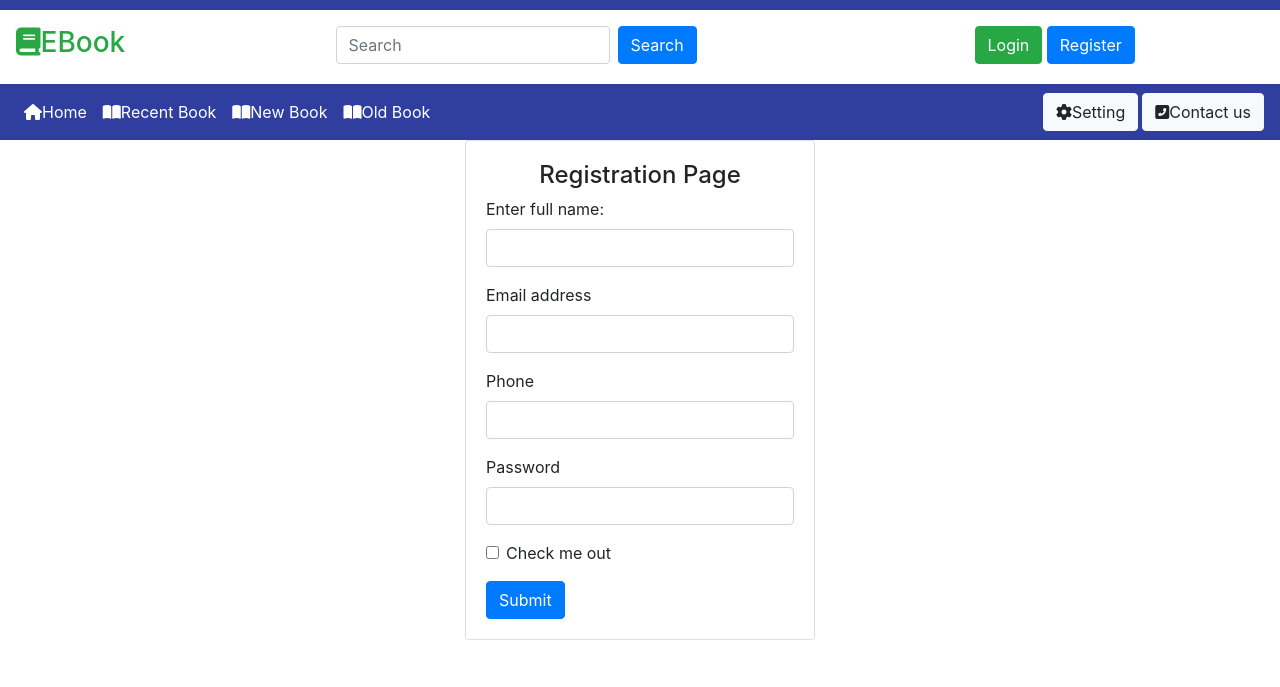
Repository: DaoThanhLam/eProjectKy4
Page: http://localhost/bookma_pro/register.jsp
The author's editor kept a copy of each file at every save. The page is drawn from the files as they stood at one save, then again after the next save.
The browser window is 1280 px wide. The pictures show the whole page.
Some web libraries are served in a nearby version. The page is served by Tomcat 9.

Above is the page before, as saved 2024-11-16 06:34:37.

### bookma_pro/src/main/webapp/register.jsp
<%@ page language="java" contentType="text/html; charset=ISO-8859-1"
    pageEncoding="ISO-8859-1"%>
<!DOCTYPE html>
<html>
<head>
<meta charset="ISO-8859-1">
<title>Insert title here</title>
<%@include file="components/css.jsp"%>
</head>
<body>
<%@include file="components/navbar.jsp"%>
<div class="container">
	<div class="row">
		<div class="col-md-4 offset-md-4">
			<div class="card">
				<div class="card-body" >
				<h4 class="text-center">Registration Page</h4>
					<form>
						<div class="form-group">
    						<label for="exampleInputEmail1">Enter full name:</label>
    						<input type="text" class="form-control" id="exampleInputEmail1" aria-describedby="emailHelp">
  						</div>
  						<div class="form-group">
    						<label for="exampleInputEmail1">Email address</label>
    						<input type="email" class="form-control" id="exampleInputEmail1" aria-describedby="emailHelp">
  						</div>
  						<div class="form-group">
    						<label for="exampleInputEmail1">Phone</label>
    						<input type="number" class="form-control" id="exampleInputEmail1" aria-describedby="emailHelp">
  						</div>
  						<div class="form-group">
    						<label for="exampleInputPassword1">Password</label>
    						<input type="password" class="form-control" id="exampleInputPassword1">
  						</div>
  						<div class="form-group form-check">
    						<input type="checkbox" class="form-check-input" id="exampleCheck1">
    						<label class="form-check-label" for="exampleCheck1">Check me out</label>
  						</div>
  						<button type="submit" class="btn btn-primary">Submit</button>
					</form>
				</div>
			</div>
		</div>
	</div>
</div>





</body>
</html>

### bookma_pro/src/main/webapp/components/css.jsp
<link rel="stylesheet" href="https://cdn.jsdelivr.net/npm/bootstrap@4.3.1/dist/css/bootstrap.min.css" integrity="sha384-ggOyR0iXCbMQv3Xipma34MD+dH/1fQ784/j6cY/iJTQUOhcWr7x9JvoRxT2MZw1T" crossorigin="anonymous">

<script src="https://code.jquery.com/jquery-3.3.1.slim.min.js" integrity="sha384-q8i/X+965DzO0rT7abK41JStQIAqVgRVzpbzo5smXKp4YfRvH+8abtTE1Pi6jizo" crossorigin="anonymous"></script>

<script src="https://cdn.jsdelivr.net/npm/popper.js@1.14.7/dist/umd/popper.min.js" integrity="sha384-UO2eT0CpHqdSJQ6hJty5KVphtPhzWj9WO1clHTMGa3JDZwrnQq4sF86dIHNDz0W1" crossorigin="anonymous"></script>

<script src="https://cdn.jsdelivr.net/npm/bootstrap@4.3.1/dist/js/bootstrap.min.js" integrity="sha384-JjSmVgyd0p3pXB1rRibZUAYoIIy6OrQ6VrjIEaFf/nJGzIxFDsf4x0xIM+B07jRM" crossorigin="anonymous"></script>

<link rel="stylesheet" href="https://cdnjs.cloudflare.com/ajax/libs/font-awesome/6.6.0/css/all.min.css" integrity="sha512-Kc323vGBEqzTmouAECnVceyQqyqdsSiqLQISBL29aUW4U/M7pSPA/gEUZQqv1cwx4OnYxTxve5UMg5GT6L4JJg==" crossorigin="anonymous" referrerpolicy="no-referrer" />

<link rel="stylesheet" href="components/style.css">

### bookma_pro/src/main/webapp/components/navbar.jsp
<div class="container-fluid" style="height: 10px; background-color: #303f9f"></div>

<div class="container-fluid p-3">
	<div class="row" >
		<div class="col-md-3 text-success">
			<h3><i class="fas fa-book"></i>EBook</h3>
		</div>
		<div class="col-md-6">
	  		<form class="form-inline my-2 my-lg-0">
      			<input class="form-control mr-sm-2" type="search" placeholder="Search" aria-label="Search">
      			<button class="btn btn-primary my-2 my-sm-0" type="submit">Search</button>
    		</form>
		</div>

			<div class="col-md-3">
			<a href="" class="btn btn-success">Login</a>
			<a href="register.jsp" class="btn btn-primary text-white">Register</a>
			</div>

	</div>
</div>

<nav class="navbar navbar-expand-lg navbar-dark bg-custom">
  <button class="navbar-toggler" type="button" data-toggle="collapse" data-target="#navbarSupportedContent" aria-controls="navbarSupportedContent" aria-expanded="false" aria-label="Toggle navigation">
    <span class="navbar-toggler-icon"></span>
  </button>

  <div class="collapse navbar-collapse" id="navbarSupportedContent">
    <ul class="navbar-nav mr-auto">
      <li class="nav-item active">
        <a class="nav-link" href="#">
        	<i class="fas fa-home"></i>Home <span class="sr-only">(current)</span>
        </a>
      </li>
      <li class="nav-item active">
        <a class="nav-link" href="#"><i class="fas fa-book-open"></i>Recent Book</a>
      </li>
      <li class="nav-item active">
        <a class="nav-link" href="#"><i class="fas fa-book-open"></i>New Book</a>
      </li>

      <li class="nav-item active">
        <a class="nav-link disabled" href="#" tabindex="-1" aria-disabled="true"><i class="fas fa-book-open"></i>Old Book</a>
      </li>
    </ul>
    <form class="form-inline my-2 my-lg-0">
      <button class="btn btn-light my-2 my-sm-0" type="submit"><i class="fas fa-cog"></i>Setting</button>
      <button class="btn btn-light my-2 my-sm-0 ml-1" type="submit"><i class="fas fa-phone-square-alt"></i>Contact us</button>
    </form>
  </div>
</nav>

### bookma_pro/src/main/webapp/components/style.css
.bg-custom{
	background-color: #303f9f;
}
.navbar .nav-item:hover .nav-link{
	background-color: white;
	color:  #303f9f;
	border-radius: 10px;
}

After the next save:
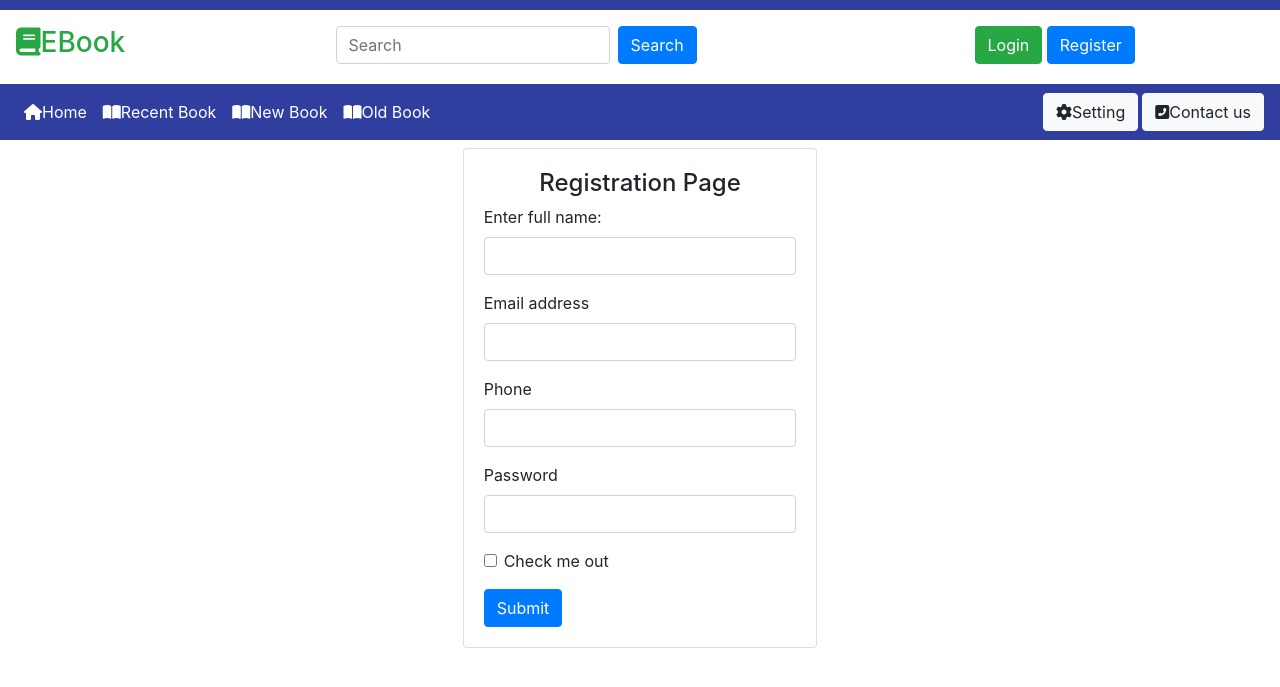
Saved 9 s later.
--- a/bookma_pro/src/main/webapp/register.jsp
+++ b/bookma_pro/src/main/webapp/register.jsp
@@ -9,7 +9,7 @@
 </head>
 <body>
 <%@include file="components/navbar.jsp"%>
-<div class="container">
+<div class="container p-2">
 	<div class="row">
 		<div class="col-md-4 offset-md-4">
 			<div class="card">
